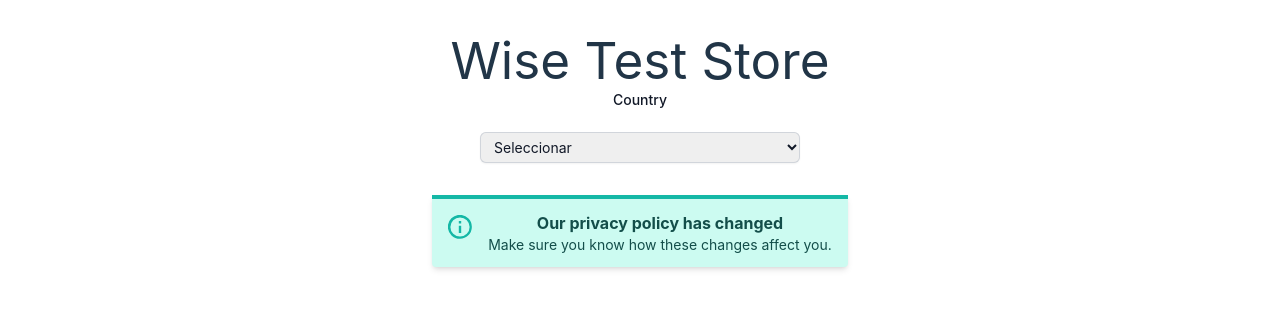
Repository: marianozamora/reactredux-wise
Page: /
An editor plug-in stored every save of this project. The page is shown before and after the next save, followed by the edit.
The browser window is 1280 px wide. The pictures show the whole page.
The page's requests for data from a server got no answer. The project was rebuilt for these pictures with package versions that can differ from the ones it lists, and the page was loaded fresh each time. No one was signed in, and anything a server would have sent is missing. Also part of the build but not shown: vite.config.ts.

Above is the page before, as saved 2023-04-08 02:40:47.

After the next save:
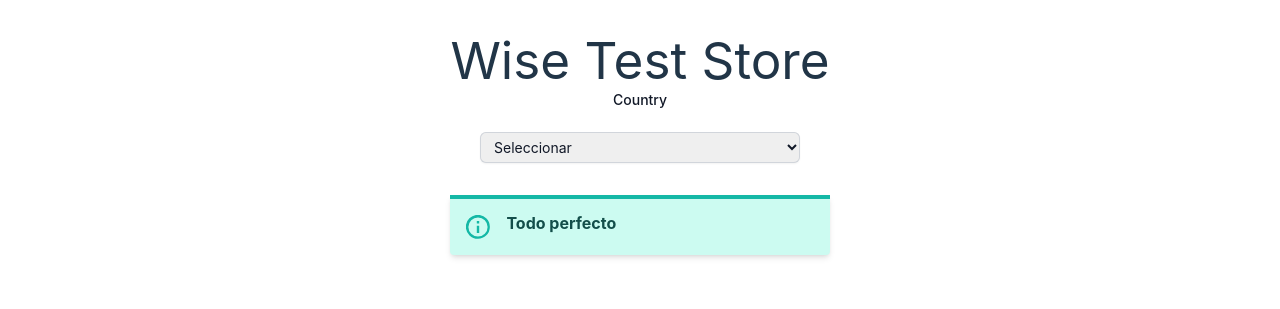
Saved 40 s later.
--- a/src/App.tsx
+++ b/src/App.tsx
@@ -86,8 +86,7 @@ function App() {
         <div className="flex">
           <div className="py-1"><svg className="fill-current h-6 w-6 text-teal-500 mr-4" xmlns="http://www.w3.org/2000/svg" viewBox="0 0 20 20"><path d="M2.93 17.07A10 10 0 1 1 17.07 2.93 10 10 0 0 1 2.93 17.07zm12.73-1.41A8 8 0 1 0 4.34 4.34a8 8 0 0 0 11.32 11.32zM9 11V9h2v6H9v-4zm0-6h2v2H9V5z"/></svg></div>
           <div>
-            <p className="font-bold">Our privacy policy has changed</p>
-            <p className="text-sm">Make sure you know how these changes affect you.</p>
+            <p className="font-bold">Todo perfecto</p>
           </div>
         </div>
       </div>
